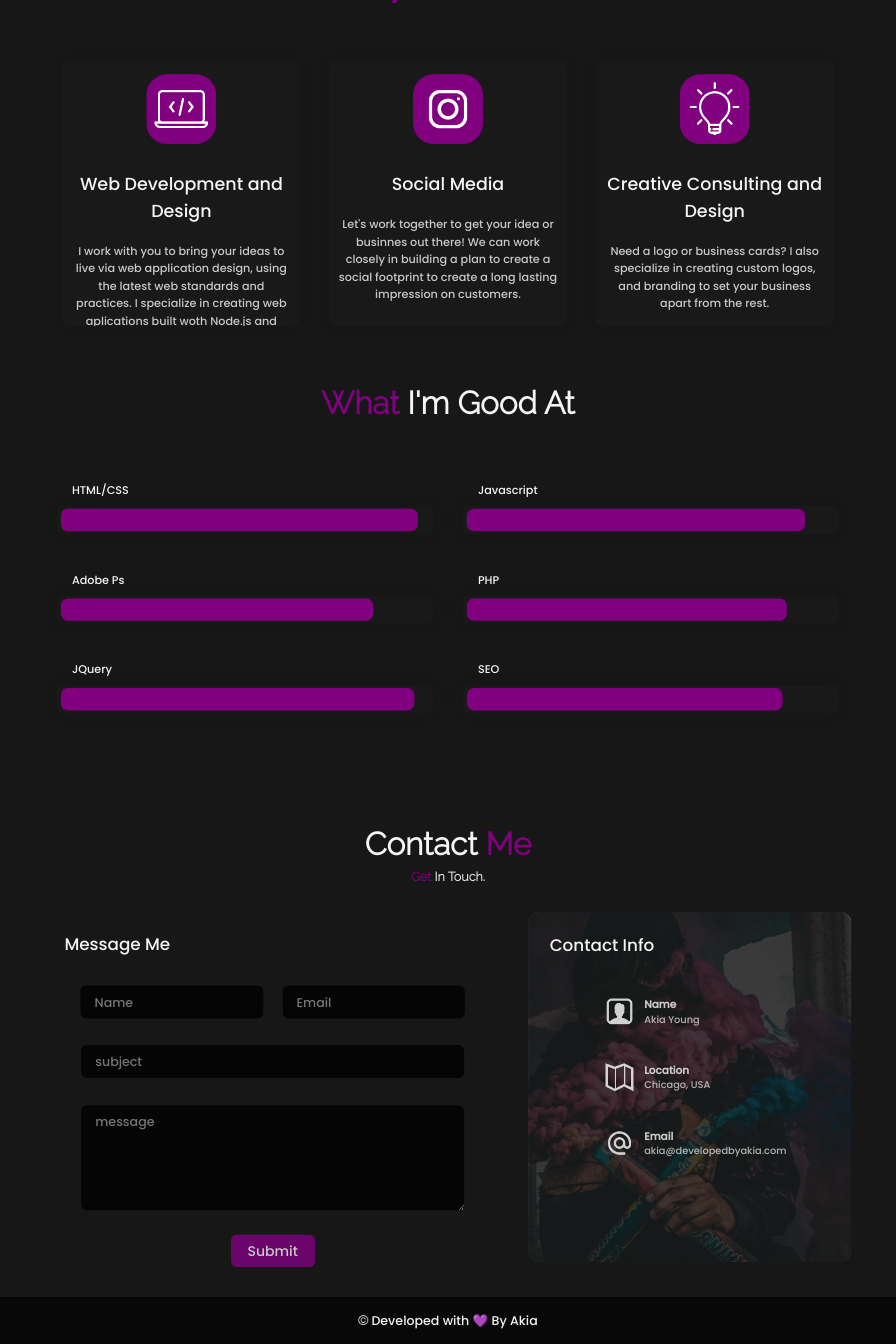
Repository: akiachenise/akiachenise.github.io
Page: index.html
These files come from the project's save history. The page is drawn as it stood at one moment and after the next save; the edit follows.
The browser window is 1280 px wide. The pictures show the part of the page from y = 797 to 2717 px (the page is 2717 px tall), at 70% of full size.
Some web libraries are served in a nearby version.

Above is the page before, as saved 2023-06-05 15:53:27.

After the next save:
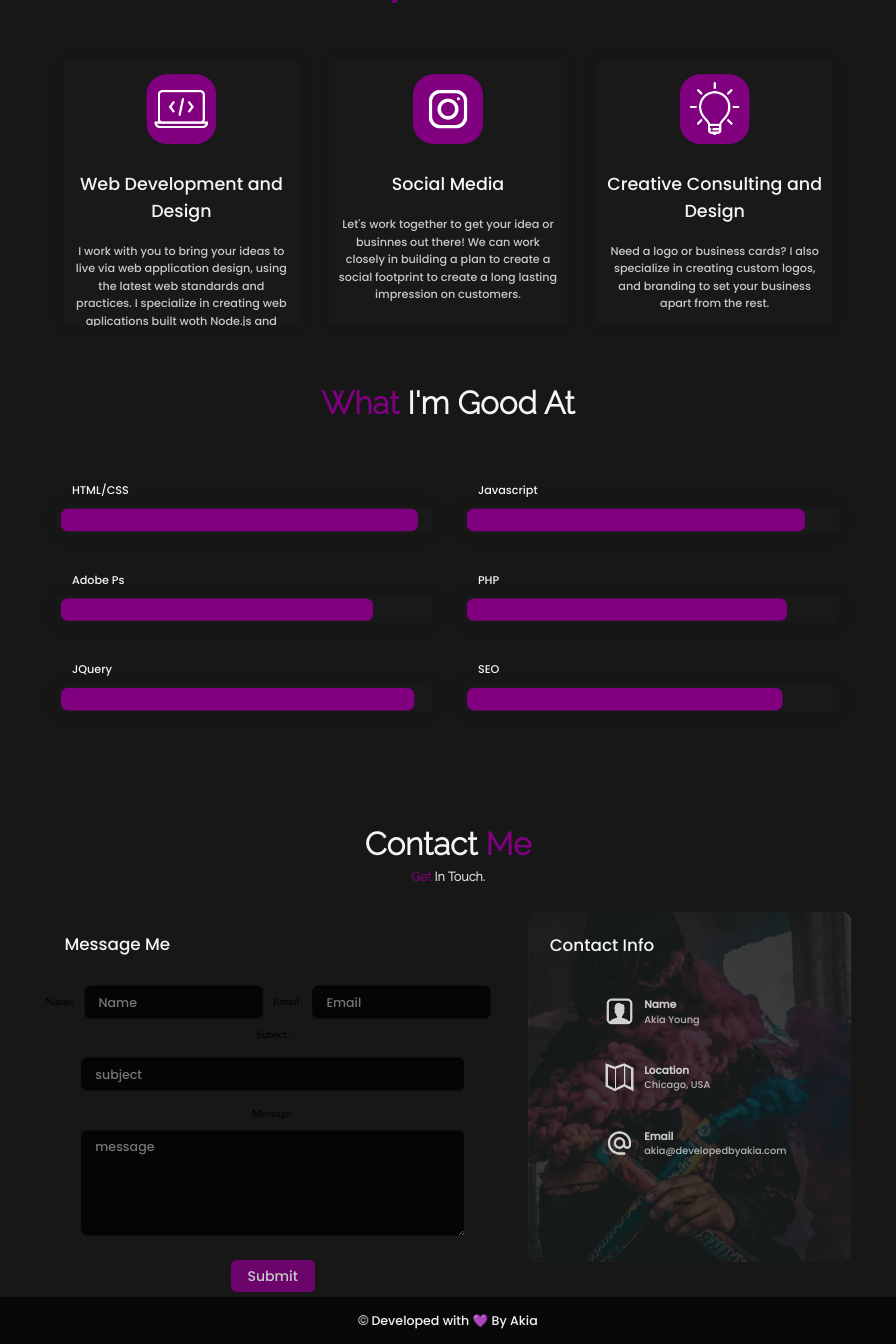
Saved 18 min 21 s later.
--- a/index.html
+++ b/index.html
@@ -406,12 +406,20 @@
                  </div>
                  <form id="myForm" action="#">
                     <div class="input-line">
-                        <input  id="name" type="text" placeholder="Name" class="input-name">
-                        <input id="email" type="email" placeholder="Email"  class="input-name">
-                    </div>
-                    <input type="text" id="subject" placeholder="subject" class="input-subject">
-                    <textarea id ="body" class="input-textarea" placeholder="message"></textarea>
-                    <button type="button" id ="submit" value="send">Submit</button>
+                        <label for="name">Name:</label>
+                        <input type="text" id="name" aria-label="Name" required placeholder="Name" class="input-name">
+
+                        <label for="email">Email:</label>
+                        <input type="email" id="email" aria-label="Email" required placeholder="Email" class="input-name">
+                    </div>
+
+                    <label for="subject">Subect:</label>
+                    <input type="text" id="subject" aria-label="Subject" required placeholder="subject" class="input-subject">
+
+                    <label for="message">Message:</label>
+                    <textarea id ="message" aria-label="Message" required placeholder="message" class="input-textarea"></textarea>
+
+                    <button type="submit" aria-label="Submit">Submit</button>
                  </form>
 
              </div>
